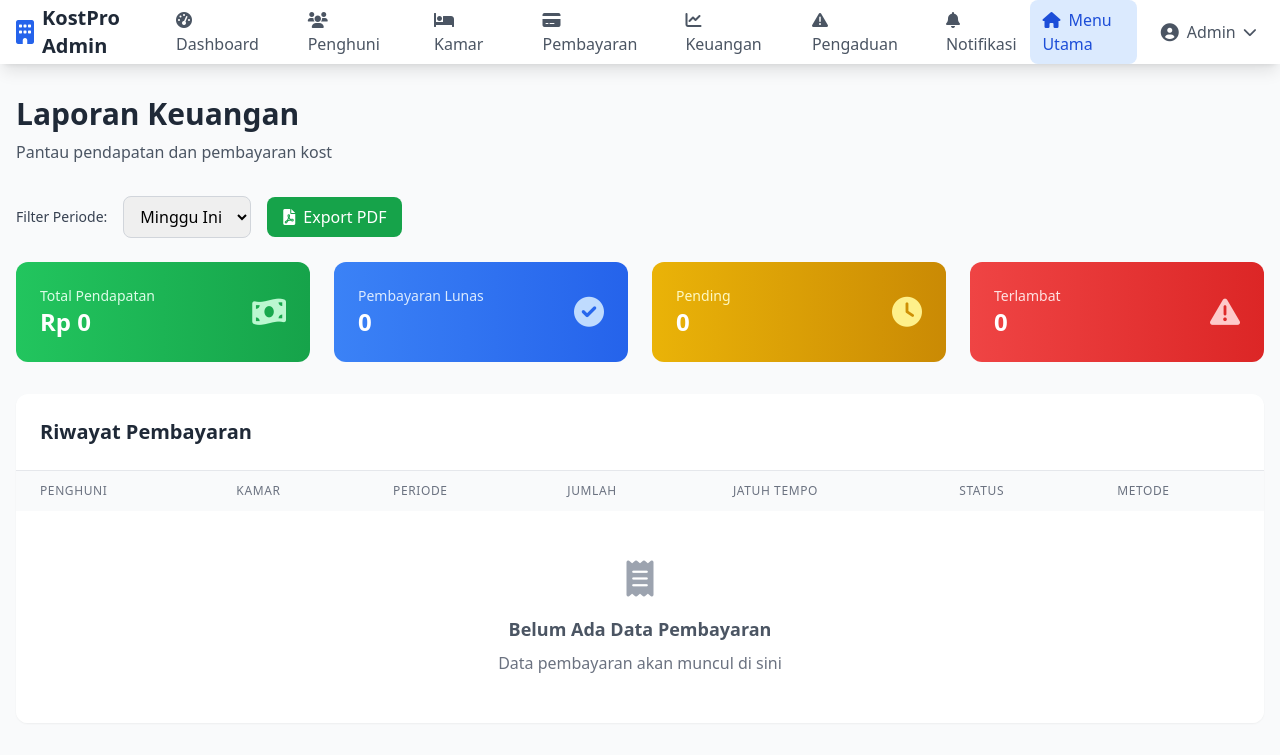
Repository: elikogoya12345-a11y/kost-app-new
Page: views/admin/finance.ejs
These files come from the project's save history. The page is drawn as it stood at one moment and after the next save; the edit follows.
The browser window is 1280 px wide. The pictures show the whole page.
Some web libraries are served in a nearby version. The page is served by the project's Node server (app.js). The template is opened directly, without the code that normally fills it, so the values that code supplies are empty.

Above is the page before, as saved 2025-12-13 23:55:37.

After the next save:
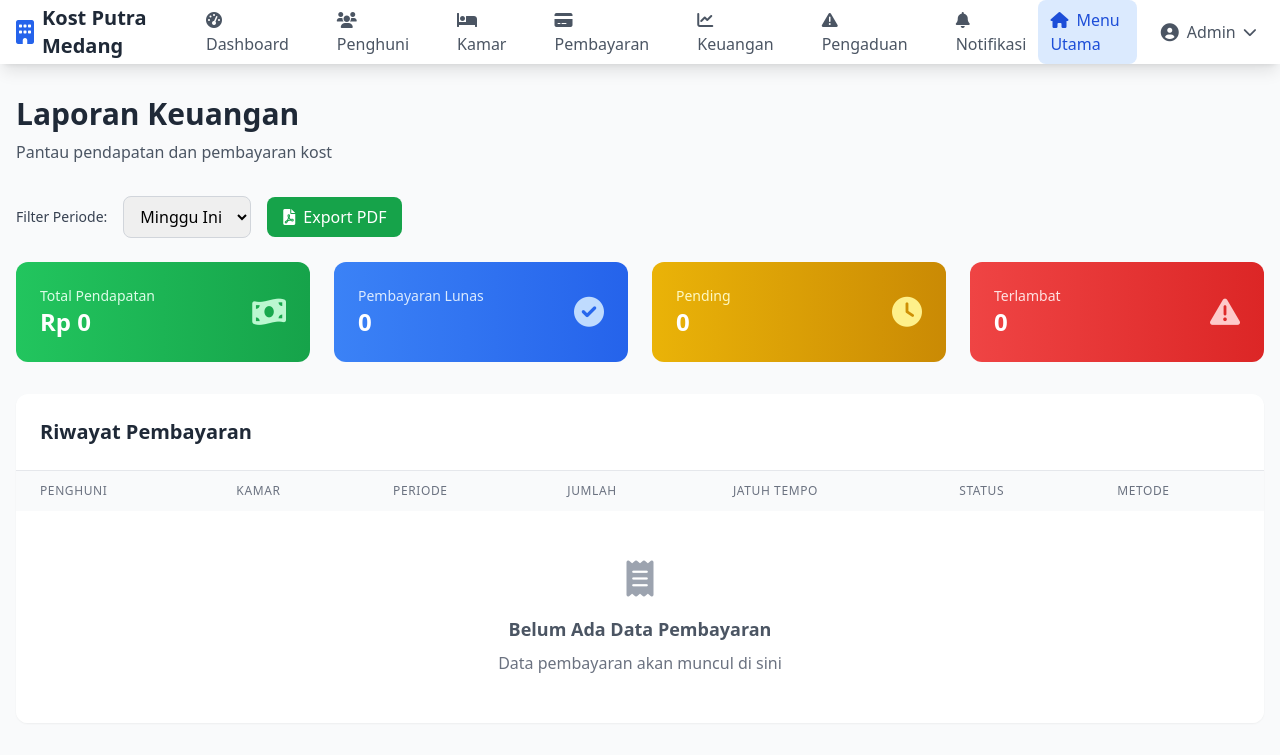
Saved 56 s later.
--- a/views/partials/admin-nav.ejs
+++ b/views/partials/admin-nav.ejs
@@ -3,7 +3,7 @@
         <div class="flex justify-between items-center h-16">
             <div class="flex items-center space-x-2">
                 <i class="fas fa-building text-2xl text-blue-600"></i>
-                <span class="text-xl font-bold text-gray-800">KostPro Admin</span>
+                <span class="text-xl font-bold text-gray-800">Kost Putra Medang</span>
             </div>
 
             <div class="hidden md:flex items-center space-x-6">
